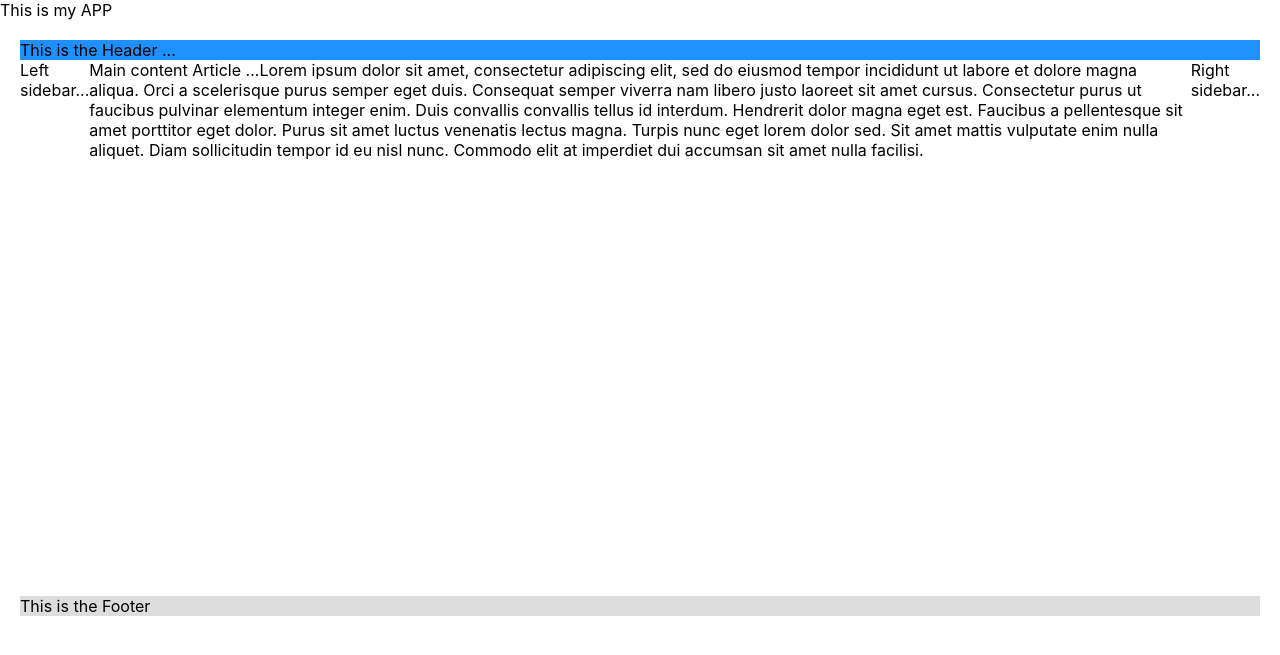
Repository: vnevescode/ui-components-react
Page: /
The author's editor kept a copy of each file at every save. The page is drawn from the files as they stood at one save, then again after the next save.
The browser window is 1280 px wide. The pictures show the whole page.
The project was rebuilt for these pictures with package versions that can differ from the ones it lists, and the page was loaded fresh each time. Also part of the build but not shown: src/components/Cards/Cards.styles.css, src/components/Cards/Cards.jsx.

Above is the page before, as saved 2022-06-09 22:55:12.

### src/App.js
import React from 'react';
import Cards from './components/Cards/Cards';
import HolyGrailLayout from './components/HolyGrailLayout/HolyGrailLayout';

function App() {
  return (
    <div className="App">
      <div>This is my APP</div>
      <HolyGrailLayout/>
    </div>
  );
}

export default App;

### src/components/HolyGrailLayout/HolyGrailLayout.jsx
import React from 'react'
import './HolyGrailLayout.styles.css'

const HolyGrailLayout = () => {
  return (
    <>
        <div className="container">
            <header className='container__header'>
                {'This is the Header ... '}
            </header>
            <main className='container__main'>
                {/* Left sidebar */}
                <aside className='conteiner__left'>
                    {' Left sidebar...'}
                </aside>
                {/* Main content */}
                <article className='container__middle'>
                    {' Main content Article ...'}
                    {'Lorem ipsum dolor sit amet, consectetur adipiscing elit, sed do eiusmod tempor incididunt ut labore et dolore magna aliqua. Orci a scelerisque purus semper eget duis. Consequat semper viverra nam libero justo laoreet sit amet cursus. Consectetur purus ut faucibus pulvinar elementum integer enim. Duis convallis convallis tellus id interdum. Hendrerit dolor magna eget est. Faucibus a pellentesque sit amet porttitor eget dolor. Purus sit amet luctus venenatis lectus magna. Turpis nunc eget lorem dolor sed. Sit amet mattis vulputate enim nulla aliquet. Diam sollicitudin tempor id eu nisl nunc. Commodo elit at imperdiet dui accumsan sit amet nulla facilisi.'}
                </article>

                {/* Right sidebar */}
                <nav className='container__right'>
                    {' Right sidebar...'}
                </nav>
            </main>
            <footer className='container__footer'>
                {'This is the Footer'}
            </footer>
        </div>
    </>
  )
}

export default HolyGrailLayout

### src/components/HolyGrailLayout/HolyGrailLayout.styles.css
.container{
    display: flex;
    flex-direction: column;
    margin: 20px;
    height: 80vh;
    }
    .container__header{
        background-color: dodgerblue;
    }
    .container__main{
        /* Take the remaining height */
        flex-grow: 1;

        /*  Layout the left sidebar, main content and right sidebar */
        display: flex;
        flex-direction: row;
    }

    .container__left{
        width: 25%;
    }
    .container__middle{
        /* Take the remaining width */
        flex-grow: 1;
    }

    .container__right{
        width: 20%;
    }

    .container__footer{
        background-color: #ddd;
    }

Loaded but not shown: public/index.html (common file); src/index.js (common file); src/index.css (common file)

After the next save:
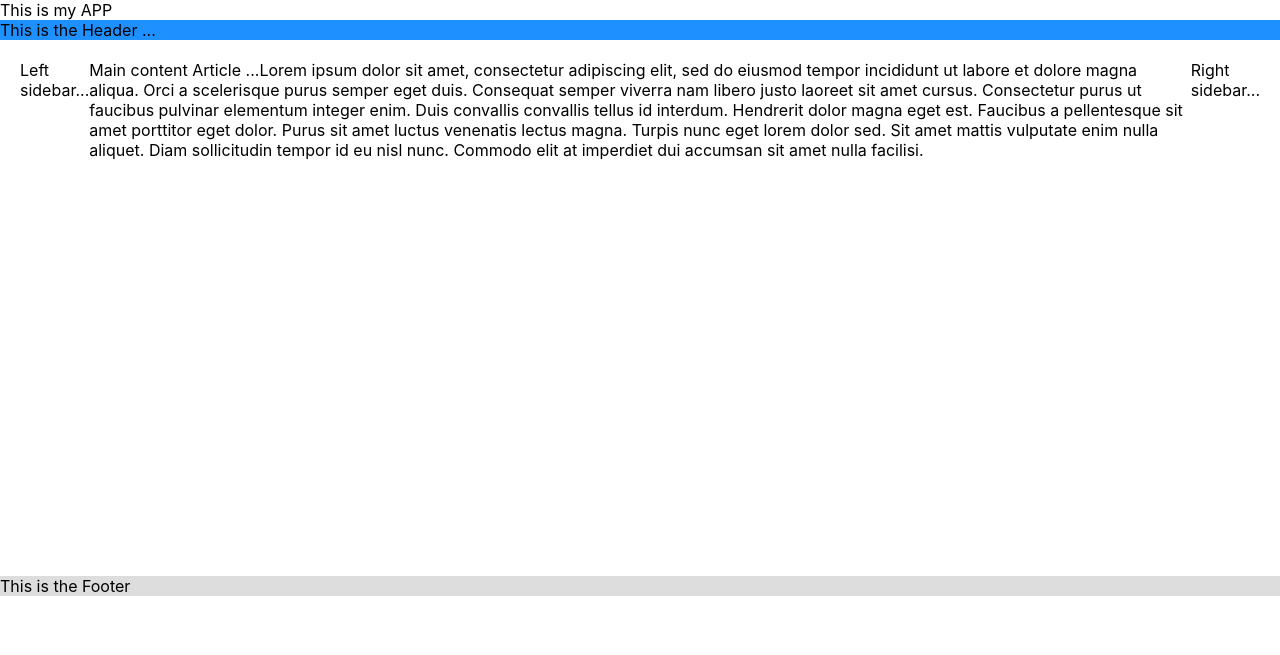
Saved 27 s later.
--- a/src/components/HolyGrailLayout/HolyGrailLayout.styles.css
+++ b/src/components/HolyGrailLayout/HolyGrailLayout.styles.css
@@ -1,7 +1,6 @@
 .container{
     display: flex;
     flex-direction: column;
-    margin: 20px;
     height: 80vh;
     }
     .container__header{
@@ -10,7 +9,7 @@
     .container__main{
         /* Take the remaining height */
         flex-grow: 1;
-
+        margin: 20px;
         /*  Layout the left sidebar, main content and right sidebar */
         display: flex;
         flex-direction: row;
